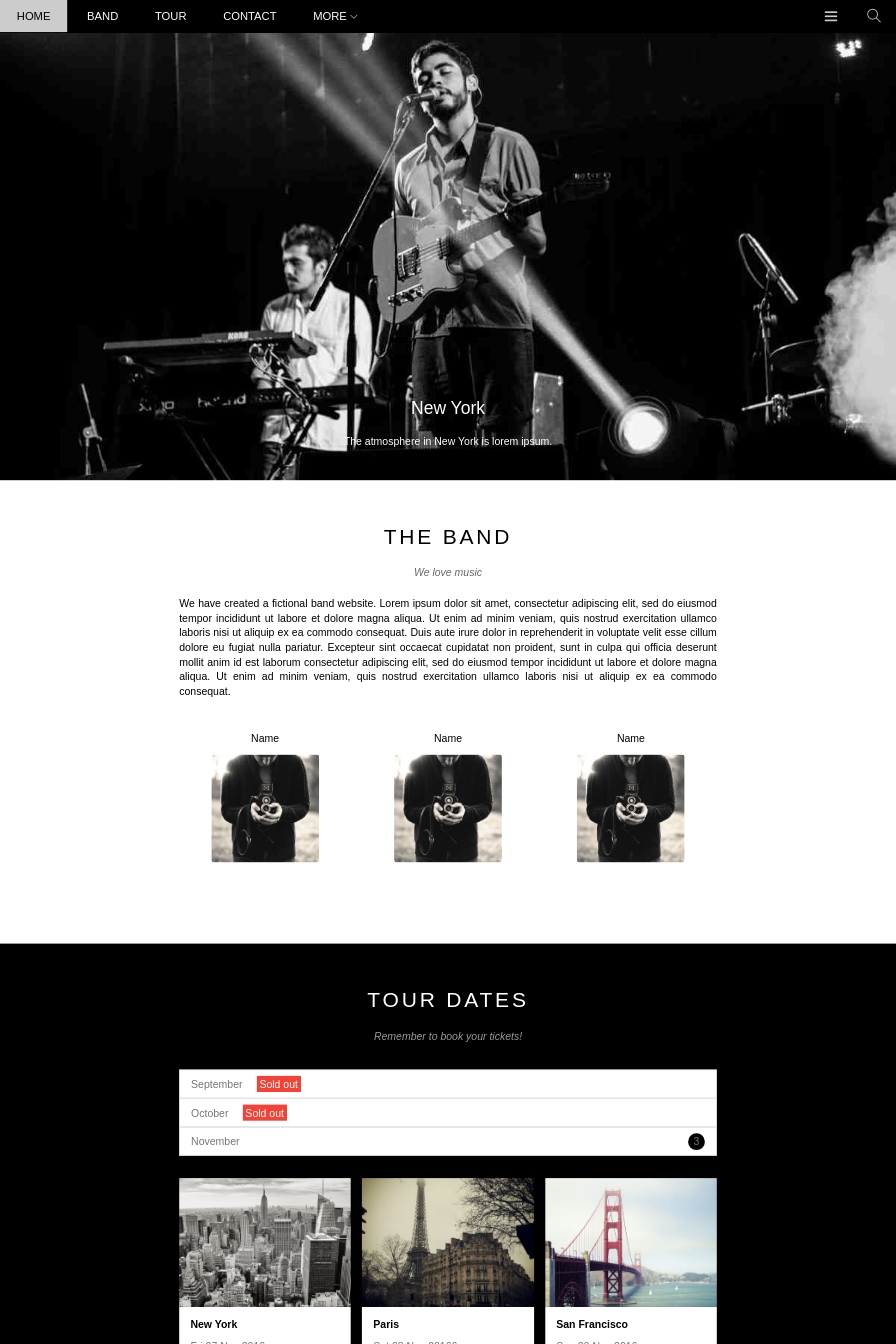
Repository: BrandonTuan777/The_Band
Page: index.html
The author's editor kept a copy of each file at every save. The page is drawn from the files as they stood at one save, then again after the next save.
The browser window is 1280 px wide. The pictures show the part of the page from y = 0 to 1920 px (the page is 3524 px tall), at 70% of full size.
The pointer rests on the first visible `#header .mobile-menu-btn`.

Above is the page before, as saved 2022-04-11 20:47:36.

### index.html
<!DOCTYPE html>
<html lang="en">
  <head>
    <meta charset="UTF-8" />
    <meta http-equiv="X-UA-Compatible" content="IE=edge" />
    <meta name="viewport" content="width=device-width, initial-scale=1.0" />
    <title>The Band</title>
    <link
      rel="shortcut icon"
      type="image/jpg"
      href="./assets/img/favicon/01d1b4547ce03c3ec499c827caac4a72.jpg"
    />
    <link rel="stylesheet" href="./assets/css/styles.css" />
    <link rel="stylesheet" href="./assets/css/responsive.css" />

    <link
      rel="stylesheet"
      href="./assets//fonts/themify-icons/themify-icons.css"
    />
  </head>
  <body>
    <div id="main">
      <div id="header">
        <!-- Begin:Nav -->
        <ul id="nav">
          <li><a href="#">Home</a></li>
          <li><a href="#band">Band</a></li>
          <li><a href="#tour">Tour</a></li>
          <li><a href="#contact">Contact</a></li>
          <li>
            <a href="">
              More
              <i class="nav-arrow-down ti-angle-down"></i>
            </a>
            <ul class="subnav">
              <li><a href="#">Merchandise</a></li>
              <li><a href="#">Extras</a></li>
              <li><a href="#">Media</a></li>
            </ul>
          </li>
        </ul>
        <!-- End:Nav -->

        <!-- Begin:Search button -->
        <div class="search-btn">
          <i class="search-icon ti-search"></i>
        </div>

        <div class="mobile-menu-btn">
          <i class="menu-icon ti-menu"></i>
        </div>
        <!-- End:Search button -->
      </div>

      <div id="slider">
        <div class="text-content">
          <h2 class="text-heading">New York</h2>
          <div class="text-description">
            The atmosphere in New York is lorem ipsum.
          </div>
        </div>
      </div>

      <div id="content">
        <!--About section  -->
        <div id="band" class="content-section">
          <h2 class="section-heading">THE BAND</h2>
          <p class="section-sub-heading">We love music</p>
          <p class="about-text">
            We have created a fictional band website. Lorem ipsum dolor sit
            amet, consectetur adipiscing elit, sed do eiusmod tempor incididunt
            ut labore et dolore magna aliqua. Ut enim ad minim veniam, quis
            nostrud exercitation ullamco laboris nisi ut aliquip ex ea commodo
            consequat. Duis aute irure dolor in reprehenderit in voluptate velit
            esse cillum dolore eu fugiat nulla pariatur. Excepteur sint occaecat
            cupidatat non proident, sunt in culpa qui officia deserunt mollit
            anim id est laborum consectetur adipiscing elit, sed do eiusmod
            tempor incididunt ut labore et dolore magna aliqua. Ut enim ad minim
            veniam, quis nostrud exercitation ullamco laboris nisi ut aliquip ex
            ea commodo consequat.
          </p>
          <div class="row member-list">
            <div class="text-center col col-third">
              <p class="member-name">Name</p>
              <img
                class="member-img"
                src="./assets/img/team/member1.jpg"
                alt=""
              />
            </div>
            <div class="text-center col col-third">
              <p class="member-name">Name</p>
              <img
                class="member-img"
                src="./assets/img/team/member1.jpg"
                alt=""
              />
            </div>
            <div class="text-center col col-third">
              <p class="member-name">Name</p>
              <img
                class="member-img"
                src="./assets/img/team/member1.jpg"
                alt=""
              />
            </div>
          </div>
        </div>
        <!-- Tour section -->
        <div id="tour" class="tour-section">
          <div class="content-section">
            <h2 class="section-heading text-white">TOUR DATES</h2>
            <p class="section-sub-heading text-white">
              Remember to book your tickets!
            </p>
            <!-- Tickets -->
            <ul class="ticket-list">
              <li>September <span class="sold-out">Sold out</span></li>
              <li>October <span class="sold-out">Sold out</span></li>
              <li>November <span class="quantity">3</span></li>
            </ul>

            <!-- Places -->
            <div class="row places-list">
              <div class="col col-third">
                <img
                  src="./assets/img/places/places1.jpg"
                  alt=""
                  class="place-img"
                />
                <div class="place-body">
                  <h3 class="place-heading">New York</h3>
                  <p class="place-time">Fri 27 Nov 2016</p>
                  <p class="place-description">
                    Praesent tincidunt sed tellus ut rutrum sed vitae justo.
                  </p>
                  <a href="#" class="btn">Buy Tickets</a>
                </div>
              </div>
              <div class="col col-third">
                <img
                  src="./assets/img/places/places2.jpg"
                  alt=""
                  class="place-img"
                />
                <div class="place-body">
                  <h3 class="place-heading">Paris</h3>
                  <p class="place-time">Sat 28 Nov 20166</p>
                  <p class="place-description">
                    Praesent tincidunt sed tellus ut rutrum sed vitae justo.
                  </p>
                  <a href="#" class="btn">Buy Tickets</a>
                </div>
              </div>
              <div class="col col-third">
                <img
                  src="./assets/img/places/places3.jpg"
                  alt=""
                  class="place-img"
                />
                <div class="place-body">
                  <h3 class="place-heading">San Francisco</h3>
                  <p class="place-time">Sun 29 Nov 2016</p>
                  <p class="place-description">
                    Praesent tincidunt sed tellus ut rutrum sed vitae justo.
                  </p>
                  <a href="#" class="btn">Buy Tickets</a>
                </div>
              </div>
            </div>
          </div>
        </div>
        <!--Begin: Contact section -->
        <div id="contact" class="content-section">
          <h2 class="section-heading">CONTACT</h2>
          <p class="section-sub-heading">Fan? Drop a note!</p>
          <div class="row contact-content">
            <div class="col col-half contact-info">
              <p><i class="ti-location-pin"></i>Chicago, US</p>
              <p><i class="ti-mobile"></i>Phone: +00 151515</p>
              <p><i class="ti-email"></i>Email: mail@mail.com</p>
            </div>
            <div class="col col-half contact-form">
              <form action="">
                <div class="row">
                  <div class="col col-half">
                    <input
                      type="text"
                      name=""
                      id=""
                      required
                      placeholder="Name"
                      class="form-control"
                    />
                  </div>
                  <div class="col col-half">
                    <input
                      type="email"
                      name=""
                      id=""
                      required
                      placeholder="Email"
                      class="form-control"
                    />
                  </div>
                </div>
                <div class="row mt-8">
                  <div class="col col-full">
                    <input
                      type="text"
                      name=""
                      id=""
                      required
                      placeholder="Message"
                      class="form-control"
                    />
                  </div>
                </div>
                <input
                  class="pull-rigth btn mt-16"
                  type="submit"
                  value="SEND"
                />
              </form>
            </div>
          </div>
        </div>
        <!--End: Contact section -->
        <div class="map-section">
          <img src="./assets/img/map/map.jpg" alt="" />
        </div>
      </div>
      <!-- Footer -->
      <div id="footer">
        <div class="social">
          <a href=""><i class="ti-facebook"></i></a>
          <a href=""><i class="ti-instagram"></i></a>
          <a href=""><i class="ti-youtube"></i></a>
          <a href=""><i class="ti-pinterest"></i></a>
          <a href=""><i class="ti-twitter-alt"></i></a>
          <a href=""><i class="ti-linkedin"></i></a>
        </div>
        <p class="copy-right">
          Powered by
          <a href="https://www.w3schools.com/w3css/default.asp" target="_blank"
            >w3.css</a
          >
        </p>
      </div>
    </div>
  </body>
</html>

### assets/css/styles.css
/* Reset CSS */
* {
  padding: 0;
  margin: 0;
  box-sizing: border-box;
}

html {
  font-family: Arial, Helvetica, sans-serif;
  scroll-behavior: smooth;
}

/* Common */
.clear {
  clear: both;
}

.text-white {
  color: #fff !important;
}

.row {
  margin-left: -8px;
  margin-right: -8px;
}

.row::after {
  content: "";
  display: block;
  clear: both;
}

.col-half {
  width: 50%;
}

.col-full {
  width: 100%;
}

.col {
  float: left;
  padding-left: 8px;
  padding-right: 8px;
}

.col-third {
  width: 33.333%;
}

.text-center {
  text-align: center !important;
}

.mt-8 {
  margin-top: 8px !important;
}

.mt-16 {
  margin-top: 16px !important;
}

.btn {
  color: #fff;
  background-color: #000;
  text-decoration: none;
  padding: 11px 16px;
  display: inline-block;
  margin-top: 15px;
}

.btn:hover {
  color: #000;
  background-color: #757575;
  border: none;
}

.pull-rigth {
  float: right !important;
}

/* Main */
#main {
}

#header {
  position: fixed;
  top: 0;
  left: 0;
  right: 0;
  height: 46px;
  background-color: #000;
  z-index: 1;
  overflow: hidden;
}

#nav {
  display: inline-block;
}

#nav,
.subnav {
  list-style: none;
}

#nav > li {
  display: inline-block;
}

#nav li {
  position: relative;
}

#nav > li > a {
  color: white;
  text-transform: uppercase;
}

#nav li a {
  text-decoration: none;
  line-height: 46px;
  padding: 0 24px;
  display: block;
}

#nav li:hover .subnav {
  display: block;
}

#nav .subnav li:hover a,
#nav > li:hover > a {
  color: #000;
  background-color: #ccc;
}

#nav .subnav {
  display: none;
  min-width: 160px;
  top: 100%;
  left: 0;
  position: absolute;
  background-color: #fff;
  box-shadow: 0 0 10px rgba(0, 0, 0, 0.3);
}

#nav .subnav a {
  color: #000;
  padding: 0 12px;
  line-height: 38px;
}

#nav .nav-arrow-down {
  font-size: 11px;
}
#header .mobile-menu-btn,
#header .search-btn {
  float: right;
  padding: 0 21px;
}

#header .search-btn:hover {
  background-color: red;
  cursor: pointer;
}

#header .mobile-menu-btn:hover{

}

#header .menu-icon,
#header .search-icon {
  color: #ccc;
  font-size: 20px;
  line-height: 46px;
}

#slider {
  position: relative;
  margin-top: 46px;
  padding-top: 50%;
  background: url("/assets/img/slider/slider1.jpg") top center / cover no-repeat;
}

#slider .text-content {
  position: absolute;
  bottom: 47px;
  color: #fff;
  text-align: center;
  /* transform: translateX(-50%);
  left: 50%; */
  width: 100%;
}

#slider .text-heading {
  font-weight: 500;
  font-size: 25px;
}

#slider .text-description {
  font-size: 15px;
  margin-top: 25px;
}

#content {
}

#content .content-section {
  width: 800px;
  max-width: 100%;
  padding: 64px 0 112px;
  margin-left: auto;
  margin-right: auto;
  padding-left: 16px;
  padding-right: 16px;
}

#content .section-heading {
  font-size: 30px;
  text-align: center;
  font-weight: 500;
  letter-spacing: 4px;
}
#content .section-sub-heading {
  font-size: 15px;
  text-align: center;
  margin-top: 25px;
  font-style: italic;
  opacity: 0.6;
}

#content .about-text {
  margin-top: 25px;
  font-size: 15px;
  text-align: justify;
  line-height: 1.4;
}

#content .member-list {
  margin-top: 48px;
}

#content .member-item {
  text-align: center;
}

#content .member-name {
  font-size: 15px;
}

#content .member-img {
  width: 154px;
  margin-top: 15px;
  border-radius: 4px;
}

/* Tour section */
.tour-section {
  background-color: #000;
}

.ticket-list {
  margin-top: 40px;
  background-color: #fff;
}

.ticket-list li {
  font-size: 15px;
  padding: 11px 16px;
  border: 1px solid #ddd;
  color: #757575;
  list-style: none;
}

.ticket-list .sold-out {
  background-color: #f44336 !important;
  color: #fff;
  padding: 3px 4px;
  margin-left: 16px;
}

.ticket-list .quantity {
  float: right;
  width: 24px;
  height: 24px;
  background-color: #000;
  border-radius: 50%;
  text-align: center;
  line-height: 24px;
  margin-top: -3px;
}

/* Places */

.places-list {
  margin-top: 32px;
}
.place-img {
  width: 100%;
  display: block;
}
.place-img:hover {
  opacity: 0.6;
}
.place-body {
  padding: 16px;
  font-size: 15px;
  background-color: #fff;
}
.place-heading {
  font-size: 15px;
  font-weight: 600;
}
.place-time {
  margin-top: 15px;
  color: #757575;
}
.place-description {
  margin-top: 15px;
  line-height: 1.4;
}

/* Contact form */

.contact-content {
  margin-top: 48px;
}

.contact-info {
  font-size: 18px;
  line-height: 1.4;
}
.contact-info i[class*="ti-"] {
  width: 30px;
  display: inline-block;
}

.contact-form {
  font-size: 15px;
}

.contact-form .form-control {
  border: 1px solid #ccc;
  width: 100%;
  padding: 10px;
}

/* Map section */

.map-section img {
  width: 100%;
}

#footer {
  padding: 64px 16px;
  text-align: center;
}

#footer .social {
  font-size: 20px;
  margin-bottom: 20px;
}

#footer .social a {
  color: rgba(0, 0, 0, 0.6);
  text-decoration: none;

}

#footer .copy-right:hover,
#footer .social a:hover{
  color: rgba(0, 0, 0, 0.4);
}


#footer .copy-right  {
  color: rgba(0, 0, 0, 0.6);

}

#footer .copy-right  a{
  color: rgba(0, 0, 0, 0.6);

}

### assets/css/responsive.css
/* PC */
@media (min-width: 1024px) {

}
/* Tablet */
@media (min-width: 740px) and (max-width: 1023px) {

}
/* Mobile */

@media (max-width: 740px) {
    #nav > li{
        display: block;
    }
    #header .search-btn{
        display: none;
    }
}

Loaded but not shown: assets/fonts/themify-icons/themify-icons.css (common file)

After the next save:
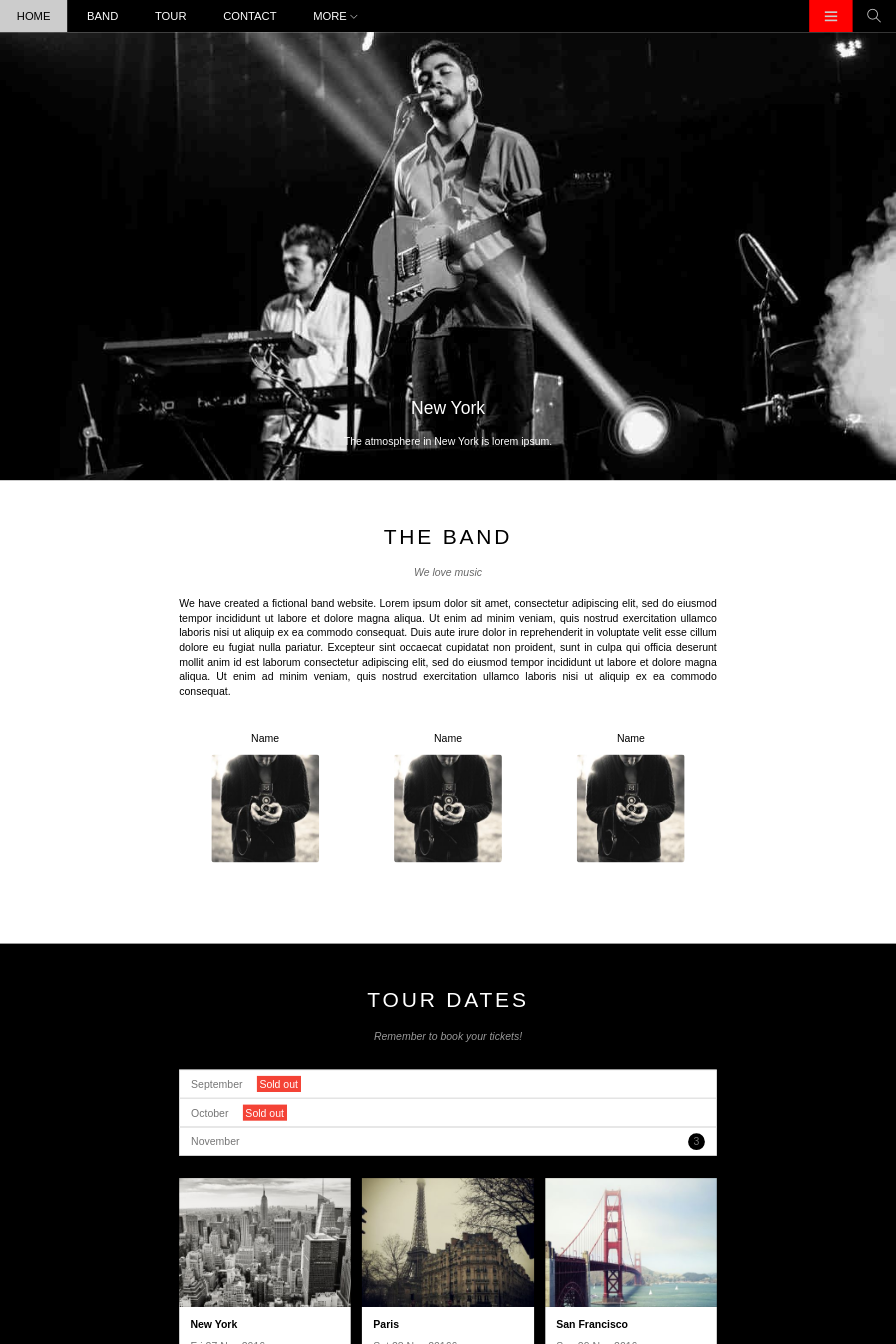
Saved 7 s later.
--- a/assets/css/styles.css
+++ b/assets/css/styles.css
@@ -164,7 +164,8 @@ html {
 }
 
 #header .mobile-menu-btn:hover{
-
+  background-color: red;
+  cursor: pointer;
 }
 
 #header .menu-icon,
